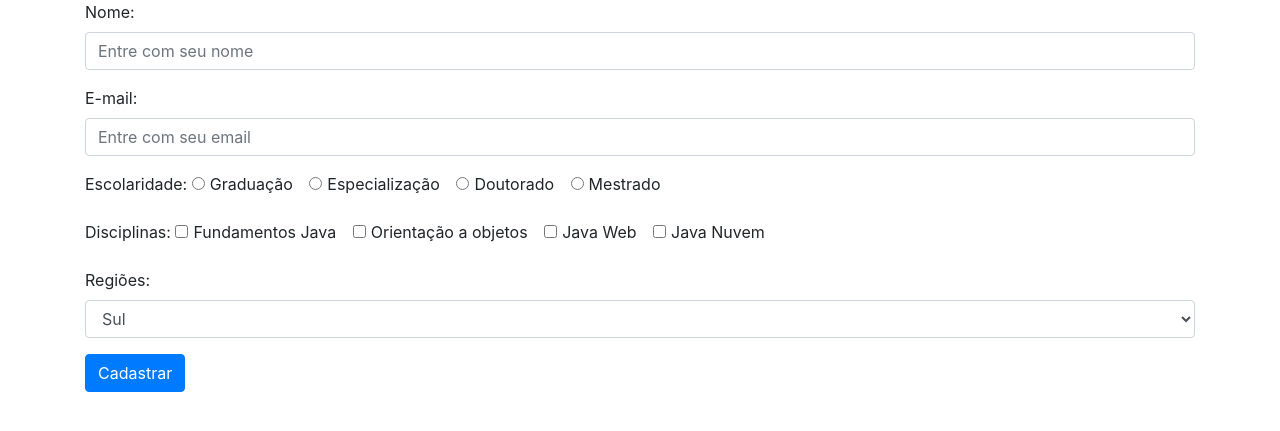
Repository: luizlav001/AT_Java_Web
Page: TP1_JavaWeb/WebContent/home.html
The author's editor kept a copy of each file at every save. The page is drawn from the files as they stood at one save, then again after the next save.
The browser window is 1280 px wide. The pictures show the whole page.

Above is the page before, as saved 2021-10-23 16:46:10.

### TP1_JavaWeb/WebContent/home.html
<!DOCTYPE html>
<html>
<head>
<meta charset="ISO-8859-1">
<title>TP1</title>
<link rel="stylesheet" href="https://maxcdn.bootstrapcdn.com/bootstrap/4.5.2/css/bootstrap.min.css">
</head>
<body>

	<div class="container">
		<form action="confirmacao.html" method="post">
			<div class="form-group">
				<label>Nome:</label>
				<input type="text" class="form-control" placeholder="Entre com seu nome" name="name">
			</div>

			<div class="form-group">
				<label>E-mail:</label>
				<input type="email"class="form-control" placeholder="Entre com seu email"name="email">
			</div>

			<div class="form-group">
				<label>Escolaridade:</label>
				<div class="form-check-inline">
				  <label class="form-check-label">
				   <input type="radio" name="escolaridade" class="form-check-input" value="G">Graduação
				  </label>
				</div>

				<div class="form-check-inline">
				  <label class="form-check-label">
				   <input type="radio" name="escolaridade" class="form-check-input" value="E">Especialização
				  </label>
				</div>

				<div class="form-check-inline">
				  <label class="form-check-label">
				   <input type="radio" name="escolaridade" class="form-check-input" value="D">Doutorado
				  </label>
				</div>

				<div class="form-check-inline">
				  <label class="form-check-label">
				   <input type="radio" name="escolaridade" class="form-check-input" value="M">Mestrado
				  </label>
				</div>
			</div>

			<div class="form-group">
					<label>Disciplinas:</label>
				<div class="form-check-inline">
				  <label class="form-check-label">
				   <input type="checkbox" name="disciplinas" class="form-check-input" value="Fun">Fundamentos Java
				  </label>
				</div>

				<div class="form-check-inline">
				  <label class="form-check-label">
				   <input type="checkbox" name="disciplinas" class="form-check-input" value="POO">Orientação a objetos
				  </label>
				</div>

				<div class="form-check-inline">
				  <label class="form-check-label">
				   <input type="checkbox" name="disciplinas" class="form-check-input" value="Web">Java Web
				  </label>
				</div>

				<div class="form-check-inline">
				  <label class="form-check-label">
				   <input type="checkbox" name="disciplinas" class="form-check-input" value="Nuvem">Java Nuvem
				  </label>
				</div>
			</div>

			<div class="form-group">
				<label>Regiões:</label>
					<select class="form-control" name="regiao">
						<option value="S">Sul</option>
						<option value="Su">Sudeste</option>
						<option value="N">Norte</option>
						<option value="No">Nordeste</option>
						<option value="C">Centro-Oeste</option>
					</select>
			</div>
					<button class="btn btn-primary" type="submit">Cadastrar</button>
		</form>
	</div>
</body>
</html>

After the next save:
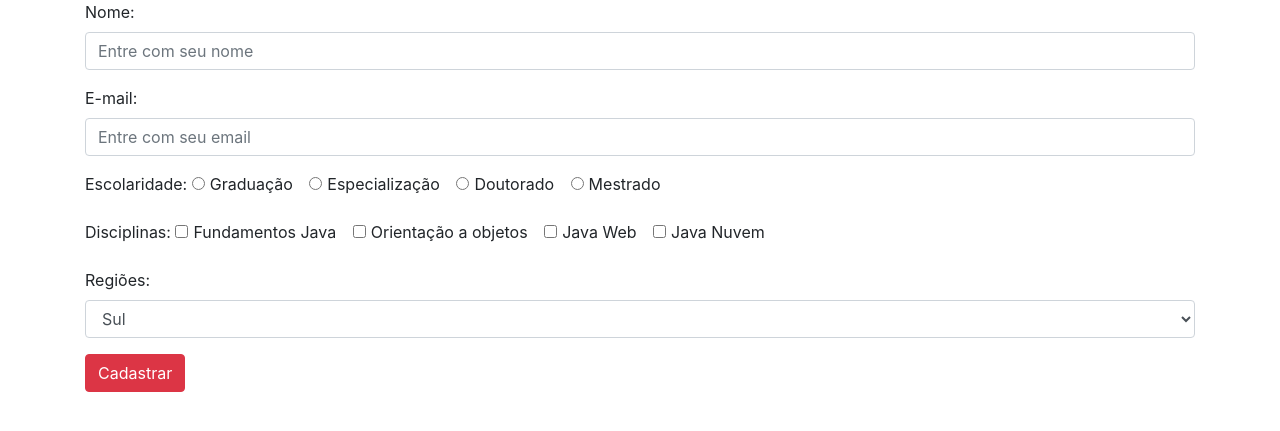
Saved 8 min 25 s later.
--- a/TP1_JavaWeb/WebContent/home.html
+++ b/TP1_JavaWeb/WebContent/home.html
@@ -83,7 +83,7 @@
 						<option value="C">Centro-Oeste</option>
 					</select>
 			</div>
-					<button class="btn btn-primary" type="submit">Cadastrar</button>
+					<button class="btn btn-danger" type="submit">Cadastrar</button>
 		</form>
 	</div>
 </body>
